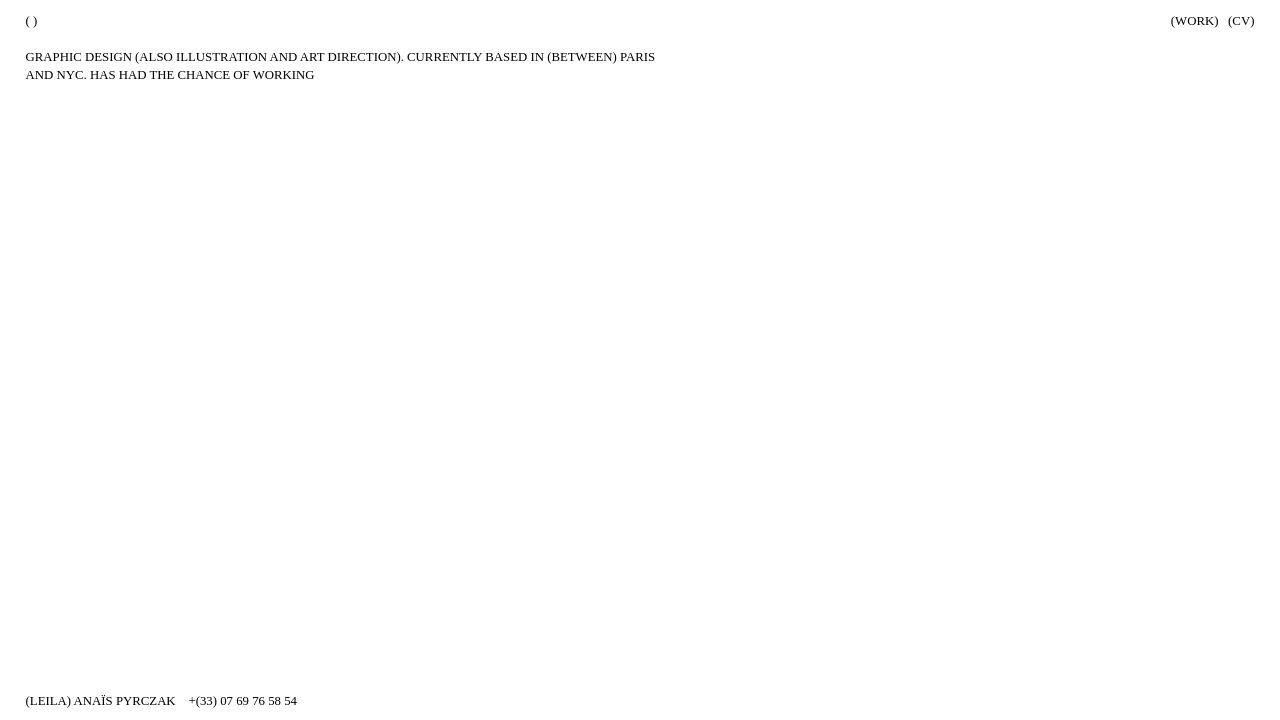
Repository: pyrcl090/site
Page: info.html
The author's editor kept a copy of each file at every save. The page is drawn from the files as they stood at one save, then again after a run of saves.
The browser window is 1280 px wide. The pictures show the whole page.
Some web fonts or font styles are not loaded; a fallback is used.

Above is the page before, as saved 2024-03-20 22:38:30.
Console error: TypeError: Cannot read properties of null (reading 'addEventListener')

### info.html
<!DOCTYPE html>
<html lang="en">
<head>
    <meta charset="UTF-8">
    <meta http-equiv="X-UA-Compatible" content="IE=edge">
    <meta name="viewport" content="width=device-width, initial-scale=1.0">
    <title>anais pyrczak</title>
    <link rel="icon" type="image/x-icon" href="./AP.png">
    <link rel="stylesheet" href="style.css">
    <style>
        html{
            background-color: white;
        }
    </style>
</head>
<body>

  <p class="nav">(<span >LEILA</span>) ANAÏS PYRCZAK &nbsp;&nbsp; +(<span>33</span>) 07 69 76 58 54</p>
  <!-- top right nav -->
  <p class="nav2"><a href="index.html">(<span >WORK</span>)</a>&nbsp;&nbsp;
    <a href="CV_Leila_Anais_Pyrczak.pdf">(<span >CV</span>)</a></p>
  <!-- top left nav -->
  <p class="nav3">(<span id="img_text"> </span>) &nbsp;&nbsp; <br><br><span id="mp4_text"> GRAPHIC DESIGN (ALSO ILLUSTRATION AND ART DIRECTION). CURRENTLY BASED IN (BETWEEN) PARIS AND NYC. HAS HAD THE CHANCE OF WORKING  </span> &nbsp;&nbsp;</p>



<script src="script.js" async defer></script>
</body>
</html>

### style.css
@font-face {
    font-family: 'HMP';
    src: url("hiragino-maru-gothic-pron-w4.otf") format("truetype");
}

html{
    background-color:rgb(255, 255, 255);
}
body::-webkit-scrollbar {
    display: none;
  }
body{
    font-family: 'HMP';
    font-weight: 400;
    font-style: normal;
    font-size: .8em;
    line-height: 1.4em;
    overscroll-behavior-x: none;
    margin: 0%;
    padding: 0%;
    z-index: 0;
}
.dissapear{
    color: transparent;
}
.dissapear:hover{
    color: white;
    transition: .2s;
}

p{
    color: rgb(255, 255, 255);
    mix-blend-mode: exclusion;
}
a{
    color: rgb(255, 255, 255);
    text-decoration: none;
    mix-blend-mode: exclusion;
}
.nav{
    bottom: 1%;
    padding-bottom: 0%;
    padding-left: 2%;
    position: fixed;
    width: 100vw;
    height: 1vh;
    mix-blend-mode: exclusion;
    color: rgb(255, 255, 255);
    z-index: 3;
    overscroll-behavior-x: none;
}
.nav2{
    top: 0%;
    padding-bottom: 1%;
    right: 0%;
    padding-right: 2%;
    text-align: right;
    position: fixed;
    width: 50vw;
    height: 1vh;
    mix-blend-mode: exclusion;
    color: rgb(255, 255, 255);
    z-index: 3;
    overscroll-behavior-x: none;
}
.nav3{
    top: 0%;
    padding-bottom: 1%;
    padding-left: 2%;
    position: fixed;
    width: 50vw;
    height: 1vh;
    z-index: 3;
    overscroll-behavior-x: none;
}
.nav4{
    top: 40%;
    padding-bottom: 1%;
    padding-left: 2%;
    position: fixed;
    width: 50vw;
    height: 1vh;
    z-index: 3;
    overscroll-behavior-x: none;
}
.margin-top{
    margin-top: 80px;
}
.project{
    display: flex;
    flex-direction: row;
}
img.passeport{
    width: 150px;
    height:auto;
    padding-left: 1%;

}
.en{
    padding-left: 2%;
    padding-right: 1%;
    width: 50vw;
    /* text-align-last: right; */
}
.info{
    padding-left: 1%;
}

/* home selects */

.home_imgs{
    width: auto;
    margin-top: 0vh;
    height: 100vh;
    display: flex;
    padding-left: 0vw;
}
.home_container{
    width: auto;
    margin-top: 0vh;
    height: 100vh;
    display: flex;
    padding-left: 0vw;
}

/* are.na channels for individual pages */

  .arenaimgs{
         width: auto;
         margin-top: 0vh;
         height: 100vh;
         display: flex;
         padding-left: 0vw;
  }
  #parent{
          margin-block-start: 0em;
          margin-block-end: 0em;
          margin-inline-start: 0px;
          margin-inline-end: 0px;
          padding-inline-start: 0px;
          padding-inline-end: 0px;
          scroll-padding-inline-end: 0px;
   }
  ul {
          list-style-type: none;
          width: auto;
          height: fit-content;
          margin-block-start: 0em;
          margin-block-end: 0em;
          margin-inline-start: 0vw;
          margin-inline-end: 0px;
          padding-inline-start: 0px;
          padding-inline-end: 0px;
          scroll-padding-inline-end: 0px;
          display: flex;


      }
      .img_container{
        margin-block-start: 0em;
        margin-block-end: 0em;
        margin-inline-start: 0px;
        margin-inline-end: 0px;
        padding-inline-start: 0px;
        padding-inline-end: 0px;
        scroll-padding-inline-end: 0px;
        /* height: 100vh; */
        display: flex;
        flex-direction: column;
      }

      #image-block {

        background-color: none;
        display: flex;
        flex-direction: column;
        /* justify-content: center; */
      }

      iframe{
        width: 100vw;
        height: 40vh;
        z-index: 3;
      }
      iframe.web{
        height: 80vh;
        margin-left: 1%;
        width: 78vw;
        background-color: white;
        border-radius: 10px;
      }

      @media only screen and (max-width: 780px) {
        .nav{
            width: 100vw;
            padding-left: 2%;
        }
        .arenaimgs{
            width: auto;
            margin-top: 5vh;
            height: 90vh;
            margin-bottom: 5vh;
            display: flex;
            padding-left: 1vw;
     }
        iframe.video{
            height: 100vh;
            width: auto;
        }
        iframe{
            width: 98vw;
            margin: 1%;
            height: 40vh;
            z-index: 3;
          }
        iframe.web{
            height: 80vh;
            margin-left: 2%;
            width: 96vw;
            background-color: white;
            border-radius: 10px;
        }
        .margin-top{
            margin-top: 80px;
        }
        .info{
            padding-left: 2%;
        }
        img.passeport{
            width: 130px;
            height:auto;
            padding-left: 2%;
        }
        .highlight.fr{
            margin-bottom: 0%;
            margin-top: 0%;
        }
        .highlight.en{
            margin-bottom: 0%;
        }
      }

### script.js
let img1 = document.querySelector(".img1");
let img2 = document.querySelector(".img2");
let img3 = document.querySelector(".img3");
let img4 = document.querySelector(".img4");
let img5 = document.querySelector(".img5");
let img6 = document.querySelector(".img6");
let img7 = document.querySelector(".img7");
let img8 = document.querySelector(".img8");
let img9 = document.querySelector(".img9");

let imgtxt = document.querySelector("#img_text");
let mp4txt = document.querySelector("#mp4_text");

img1.addEventListener("mouseover", function(){
    mp4txt.innerHTML = "";
    imgtxt.innerHTML = "labraderie_POSTER";
});

img2.addEventListener("mouseover", function(){
    mp4txt.innerHTML = "";
    imgtxt.innerHTML = "rusałka_TYPEFACE";
});

// img3.addEventListener("mouseover", function(){
//     mp4txt.innerHTML = "";
//     imgtxt.innerHTML = "perfectdesigns_POSTER";
// });

img4.addEventListener("mouseover", function(){
    mp4txt.innerHTML = "";
    imgtxt.innerHTML = "sledz_BRANDING";
});

// img5.addEventListener("mouseover", function(){
//     mp4txt.innerHTML = "preciouscarharttWIP_ANIMATION";
//     imgtxt.innerHTML = "";
// });

img6.addEventListener("mouseover", function(){
    mp4txt.innerHTML = "";
    imgtxt.innerHTML = "signaletiquechiottes_FUNSHIT";
});

img7.addEventListener("mouseover", function(){
    mp4txt.innerHTML = "";
    imgtxt.innerHTML = "(e)3_BOOK";
});

img8.addEventListener("mouseover", function(){
    mp4txt.innerHTML = "lepasdecote_IDENTITY";
    imgtxt.innerHTML = "";
});

img9.addEventListener("mouseover", function(){
    mp4txt.innerHTML = "";
    imgtxt.innerHTML = "recettesgenerees_BOOK";
});


// event listener text
// labraderie
// whitefinproject
// sledz
// preciouscarharttWIP
// signaletiquechiottes
// (e)
// lepasdecote
// recettesgenerees

After the next 5 saves:
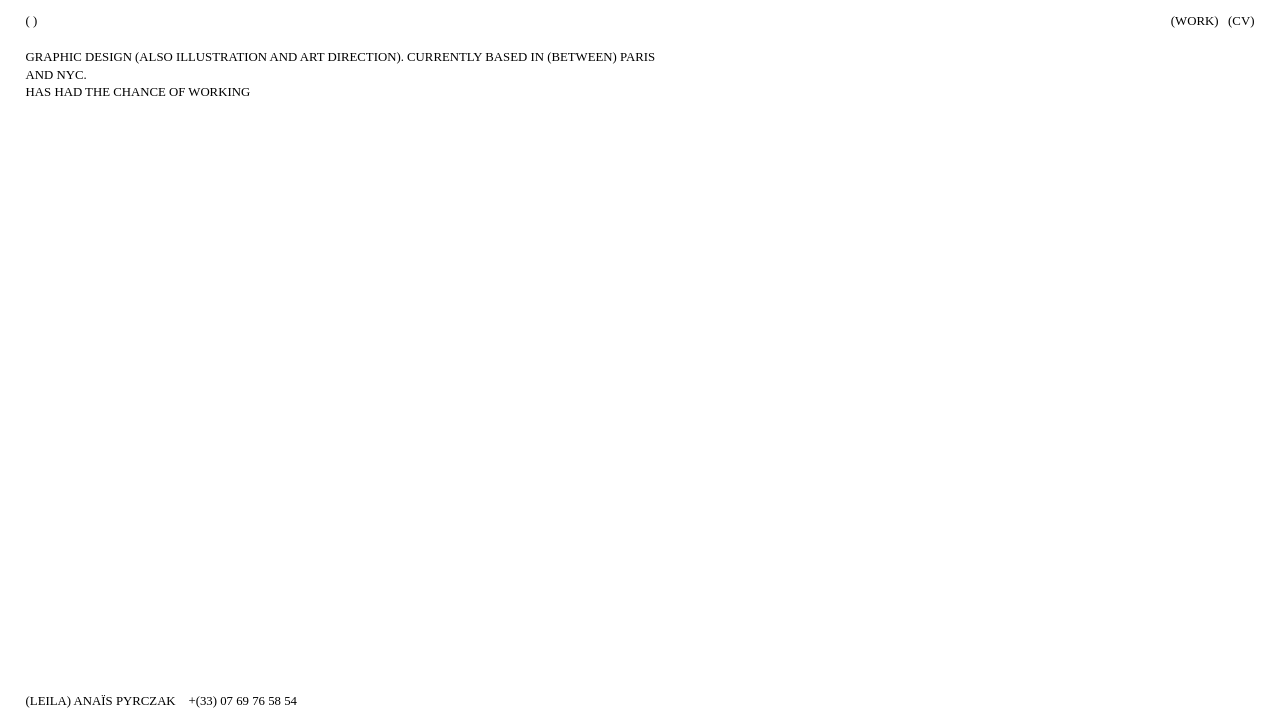
The 5 saves are shown as one change because they came seconds apart.
The last was saved 12 s later.
--- a/info.html
+++ b/info.html
@@ -20,7 +20,7 @@
   <p class="nav2"><a href="index.html">(<span >WORK</span>)</a>&nbsp;&nbsp;
     <a href="CV_Leila_Anais_Pyrczak.pdf">(<span >CV</span>)</a></p>
   <!-- top left nav -->
-  <p class="nav3">(<span id="img_text"> </span>) &nbsp;&nbsp; <br><br><span id="mp4_text"> GRAPHIC DESIGN (ALSO ILLUSTRATION AND ART DIRECTION). CURRENTLY BASED IN (BETWEEN) PARIS AND NYC. HAS HAD THE CHANCE OF WORKING  </span> &nbsp;&nbsp;</p>
+  <p class="nav3">(<span id="img_text"> </span>) &nbsp;&nbsp; <br><br><span id="mp4_text"> GRAPHIC DESIGN (ALSO ILLUSTRATION AND ART DIRECTION). CURRENTLY BASED IN (BETWEEN) PARIS AND NYC. <br> HAS HAD THE CHANCE OF WORKING  </span> &nbsp;&nbsp;</p>
 
 
 
